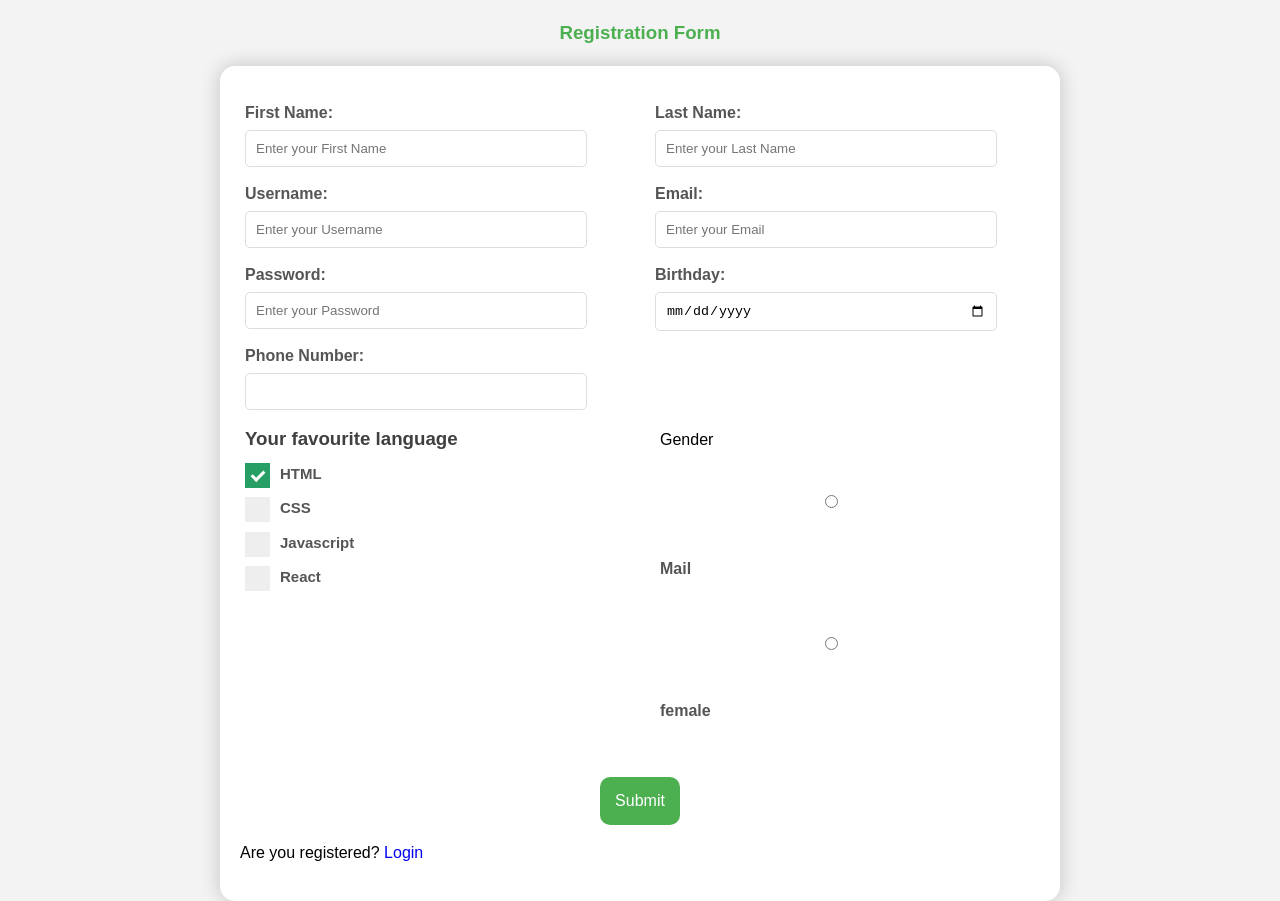
Repository: alizey12/Regestratin-Form-js
Page: regester.html
An editor plug-in stored every save of this project. The page is shown before and after a run of saves, followed by the edit.
The browser window is 1280 px wide. The pictures show the whole page.

Above is the page before, as saved 2024-11-29 18:54:16.

### regester.html
<!DOCTYPE html>
<html lang="en">
<head>
    <meta charset="UTF-8">
    <meta name="viewport" content="width=device-width, initial-scale=1.0">
    <link rel="stylesheet" href="regester.css">
    <title>Registration Form</title>
</head>
<body>
    <h3>Registration Form</h3>
    <div class="main">
        <form action="">
            <div class="grid-container">
                <div>
                    <label for="first">First Name:</label>
                    <input type="text" id="first" name="first" placeholder="Enter your First Name" required>

                    <label for="username">Username:</label>
                    <input type="text" id="username" name="username" placeholder="Enter your Username" required>

                    <label for="password">Password:</label>
                    <input type="password" id="password" name="password" placeholder="Enter your Password" required>

                    <label for="quantity">Phone Number:</label>
                    <input type="number" id="quantity" name="quantity" min="1" max="15">

                    <h3 class="heading">Your favourite language</h3>
                    <label class="container">HTML
                        <input type="checkbox" checked="checked">
                        <span class="checkmark"></span>
                      </label>

                      <label class="container">CSS
                        <input type="checkbox">
                        <span class="checkmark"></span>
                      </label>

                      <label class="container">Javascript
                        <input type="checkbox">
                        <span class="checkmark"></span>
                      </label>

                      <label class="container">React
                        <input type="checkbox">
                        <span class="checkmark"></span>
                      </label>


                </div>
                <div>
                    <label for="second">Last Name:</label>
                    <input type="text" id="second" name="second" placeholder="Enter your Last Name" required>

                    <label for="email">Email:</label>
                    <input type="email" id="email" name="email" placeholder="Enter your Email" required>

                    <label for="birthday">Birthday:</label>
                    <input type="date" id="birthday" name="birthday">
                    <div class="gen-rad">

                        <p>Gender</p>
                          <input type="radio" id="html" name="fav_language" value="HTML">
                          <label for="html">Mail</label><br>
                          <input type="radio" id="css" name="fav_language" value="CSS">
                          <label for="css">female</label><br>


                    </div>

                </div>
            </div>
            <div class="wrap">
                <button type="submit">Submit</button>
            </div>
        </form>
        <p>Are you registered?
            <a href="signin.html" style="text-decoration: none;">Login</a>
        </p>
    </div>
</body>
</html>

### regester.css
body {
    display: flex;
    align-items: center;
    justify-content: center;
    font-family: sans-serif;
    line-height: 1.5;
    min-height: 100vh;
    background: #f3f3f3;
    flex-direction: column;
    margin: 0;
}

.main {
    background-color: #fff;
    border-radius: 15px;
    box-shadow: 0 0 20px rgba(0, 0, 0, 0.2);
    padding: 20px;
    transition: transform 0.2s;
    width: 800px;
}

h3 {
    color: #4CAF50;
    text-align: center;
}

label {
    display: block;
    margin-top: 10px;
    margin-bottom: 5px;
    text-align: left;
    color: #555;
    font-weight: bold;
}

input {
    display: block;
    width: 90%;
    margin-bottom: 15px;
    padding: 10px;
    box-sizing: border-box;
    border: 1px solid #ddd;
    border-radius: 5px;
}

button {
    padding: 15px;
    border-radius: 10px;
    margin-top: 15px;
    border: none;
    color: white;
    cursor: pointer;
    background-color: #4CAF50;
    font-size: 16px;
}

.wrap {
    display: flex;
    justify-content: center;
    align-items: center;
}

.grid-container {
    display: grid;

    grid-template-columns: 1fr 1fr;
    gap: 20px;
}

.grid-container div {
    padding: 5px;
}


/* Customize the label (the container) */
.container {
    display: block;
    position: relative;
    padding-left: 35px;
    margin-bottom: 12px;
    cursor: pointer;
    font-size: 15px;
    -webkit-user-select: none;
    -moz-user-select: none;
    -ms-user-select: none;
    user-select: none;
  }
  .gen-rad{
    margin-top: 20%;
  }
  /* Hide the browser's default checkbox */
  .container input {
    position: absolute;
    opacity: 0;
    cursor: pointer;
    height: 0;
    width: 0;
  }
  .heading{
    color: rgb(65, 63, 63);
    display: contents;
  padding: 5px;
  }
  /* Create a custom checkbox */
  .checkmark {
    position: absolute;
    top: 0;
    left: 0;
    height: 25px;
    width: 25px;
    background-color: #eee;
  }

  /* On mouse-over, add a grey background color */
  .container:hover input ~ .checkmark {
    background-color: #ccc;
  }

  /* When the checkbox is checked, add a blue background */
  .container input:checked ~ .checkmark {
    background-color: #279e63;
  }

  /* Create the checkmark/indicator (hidden when not checked) */
  .checkmark:after {
    content: "";
    position: absolute;
    display: none;
  }

  /* Show the checkmark when checked */
  .container input:checked ~ .checkmark:after {
    display: block;
  }

  /* Style the checkmark/indicator */
  .container .checkmark:after {
    left: 9px;
    top: 5px;
    width: 5px;
    height: 10px;
    border: solid white;
    border-width: 0 3px 3px 0;
    -webkit-transform: rotate(45deg);
    -ms-transform: rotate(45deg);
    transform: rotate(45deg);
  }

After the next 2 saves:
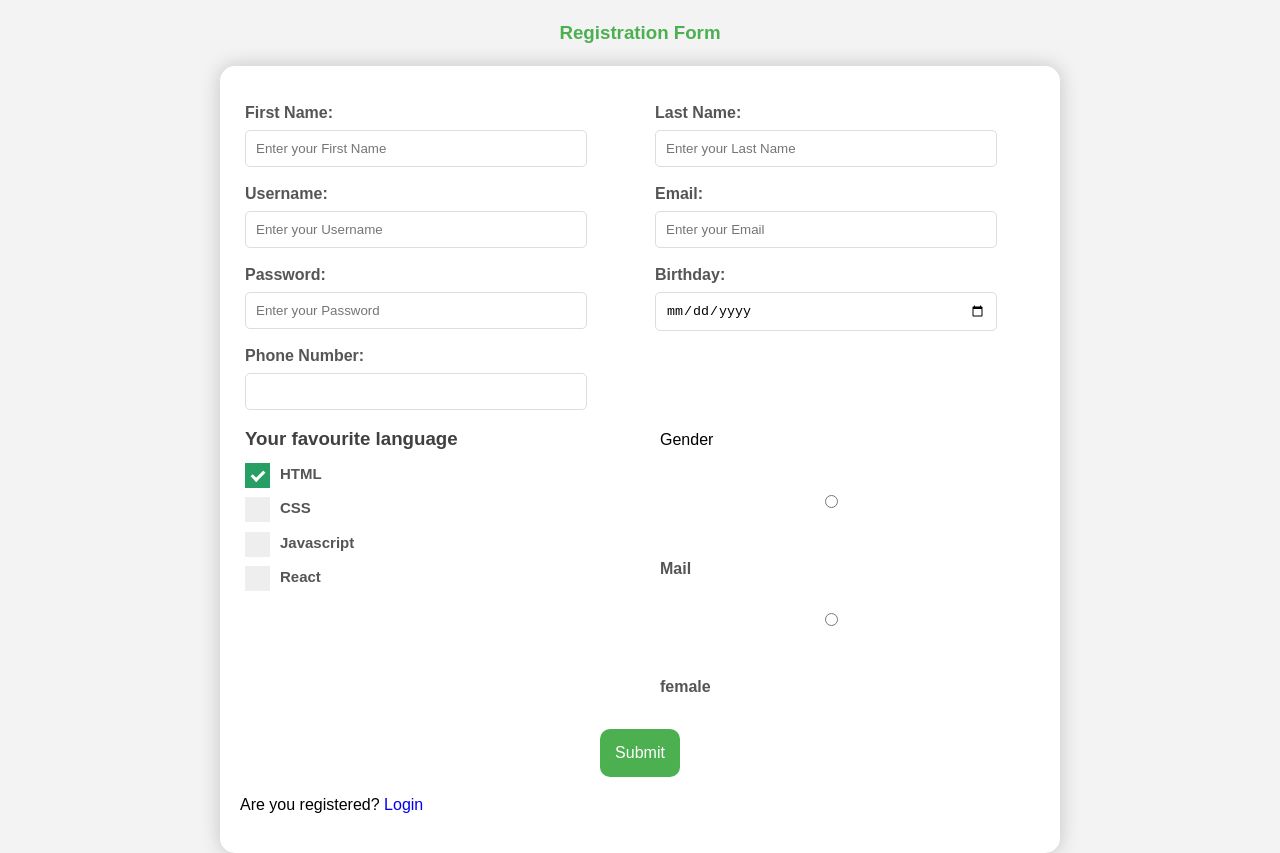
The 2 saves are shown as one change because they came seconds apart.
The last was saved 48 s later.
--- a/regester.html
+++ b/regester.html
@@ -60,9 +60,9 @@
 
                         <p>Gender</p>
                           <input type="radio" id="html" name="fav_language" value="HTML">
-                          <label for="html">Mail</label><br>
+                          <label for="html">Mail</label>
                           <input type="radio" id="css" name="fav_language" value="CSS">
-                          <label for="css">female</label><br>
+                          <label for="css">female</label>
 
 
                     </div>
